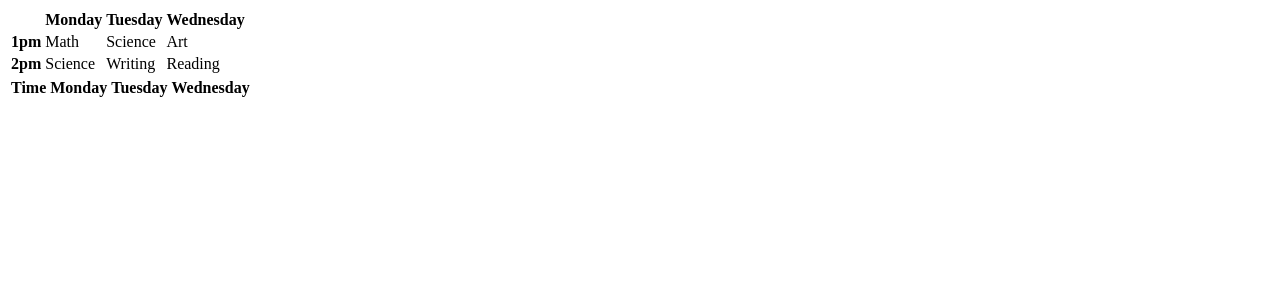
Repository: jefflai0412/website_design
Page: task1.html
These files come from the project's save history. The page is drawn as it stood at one moment and after the next save; the edit follows.
The browser window is 1280 px wide. The pictures show the whole page.

Above is the page before, as saved 2024-10-18 13:36:17.

After the next save:
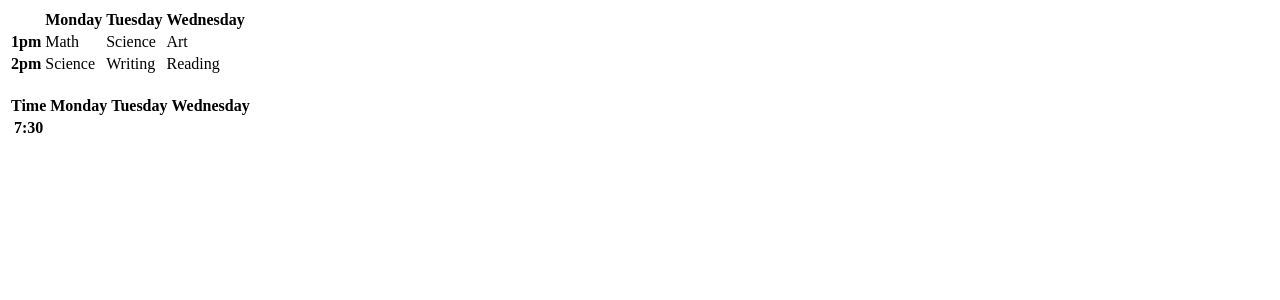
Saved 31 s later.
--- a/task1.html
+++ b/task1.html
@@ -29,6 +29,8 @@
         </tr>
     </table>
 
+    <br>
+
     <table>
         <tr>
             <th>Time</th>
@@ -37,6 +39,7 @@
             <th>Wednesday</th>
         </tr>
         <tr>
+            <th scope="row">7:30</th>
 
         </tr>
     </table>
